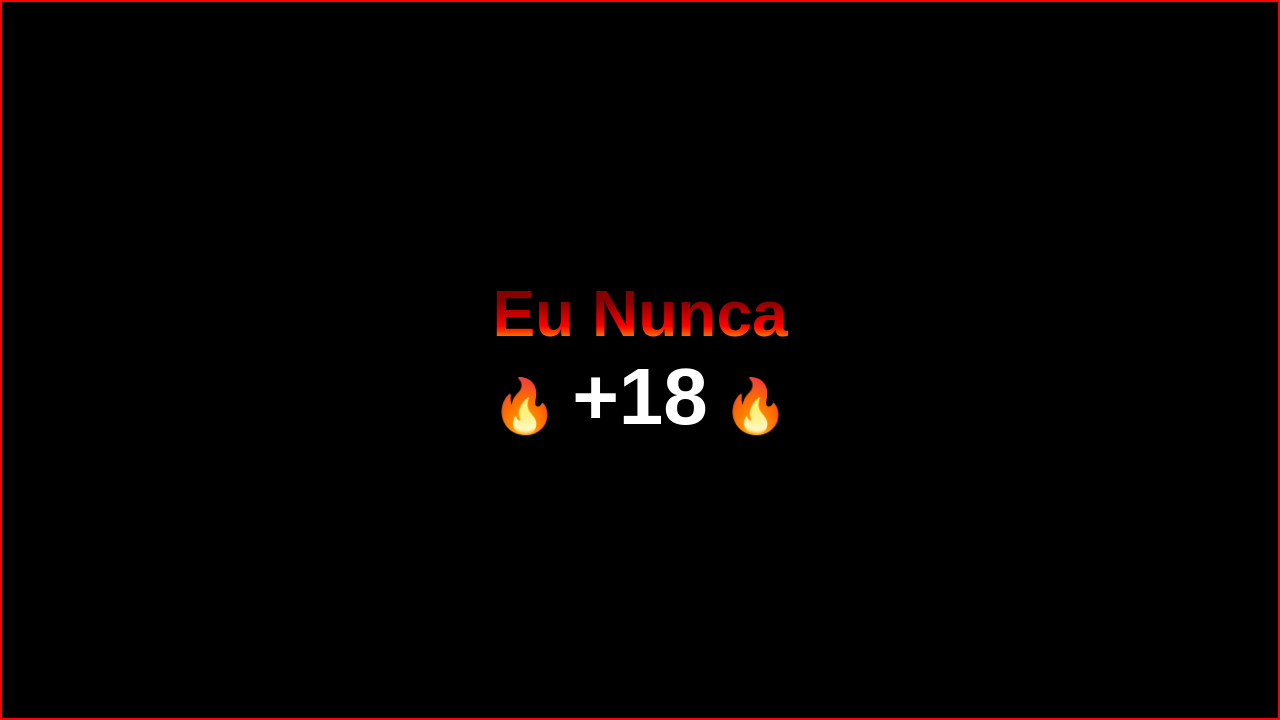
Repository: odiloalmeida/inever
Page: index.html
These files come from the project's save history. The page is drawn as it stood at one moment and after the next save; the edit follows.
The browser window is 1280 px wide. The pictures show the whole page.

Above is the page before, as saved 2023-01-31 21:17:42.

After the next save:
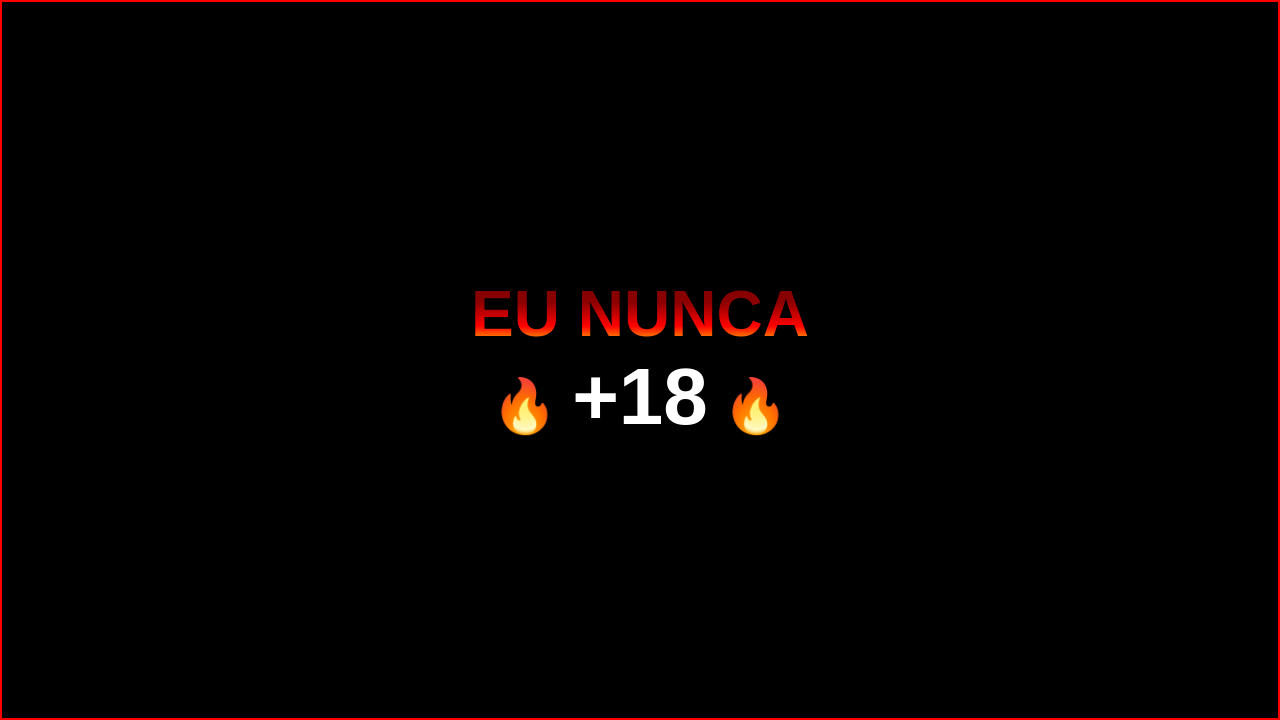
Saved 8 s later.
--- a/index.html
+++ b/index.html
@@ -12,7 +12,7 @@
 
 <body>
     <button id="myButton" onclick="changeButtonName()">
-        <span>Eu Nunca </span>
+        <span>EU NUNCA</span>
         <br>
         <span3>&#128293</span3>
         <span2>+18</span2>
